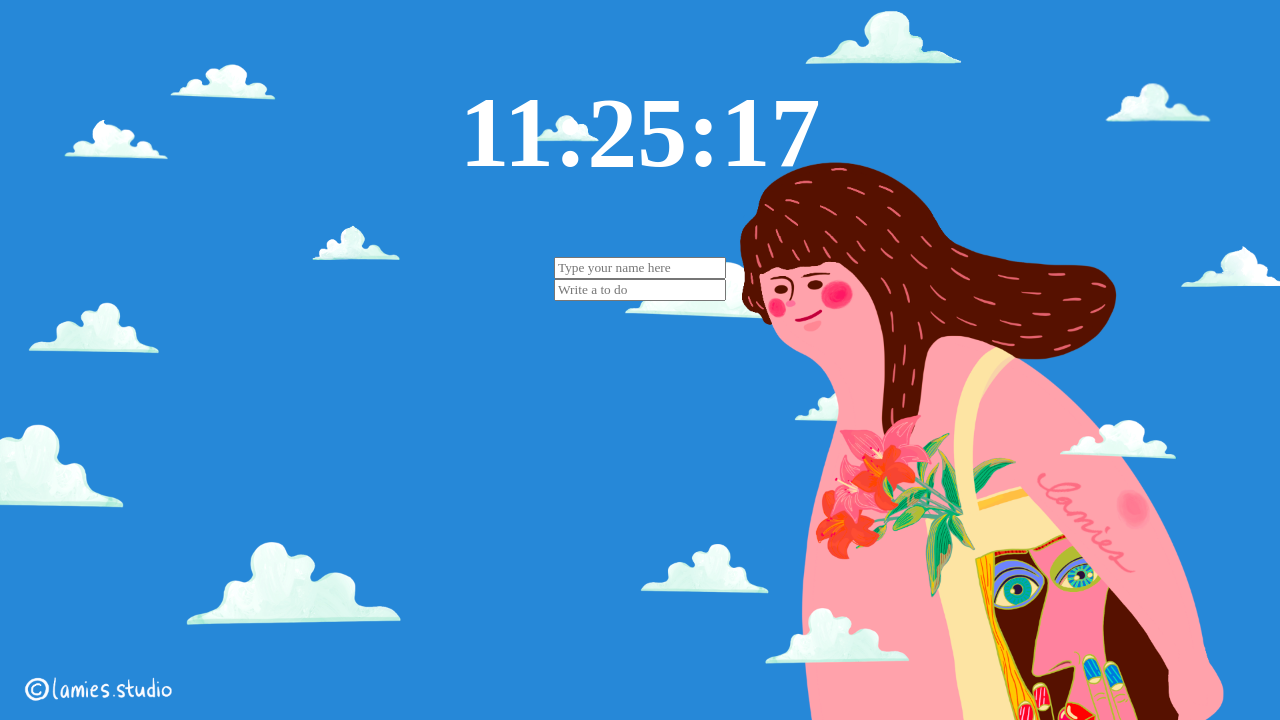
Repository: haleyjung/chrome_app
Page: index.html
An editor plug-in stored every save of this project. The page is shown before and after the next save, followed by the edit.
The browser window is 1280 px wide. The pictures show the whole page.
Some web fonts or font styles are not loaded; a fallback is used.

Above is the page before, as saved 2020-11-23 15:23:42.

After the next save:
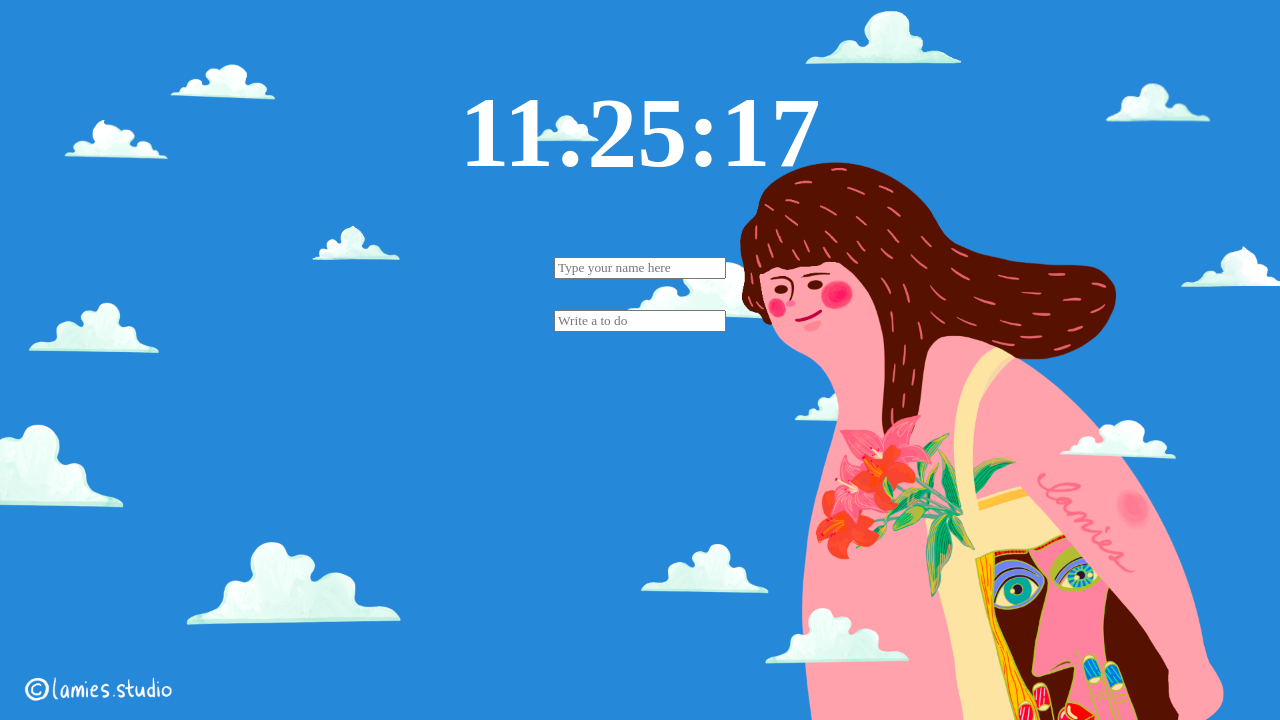
Saved 4 s later.
--- a/index.css
+++ b/index.css
@@ -30,7 +30,7 @@ body {
 }
 
 .js-toDoForm {
-  color: red;
+  font-size: 50px;
 }
 
 .form,
